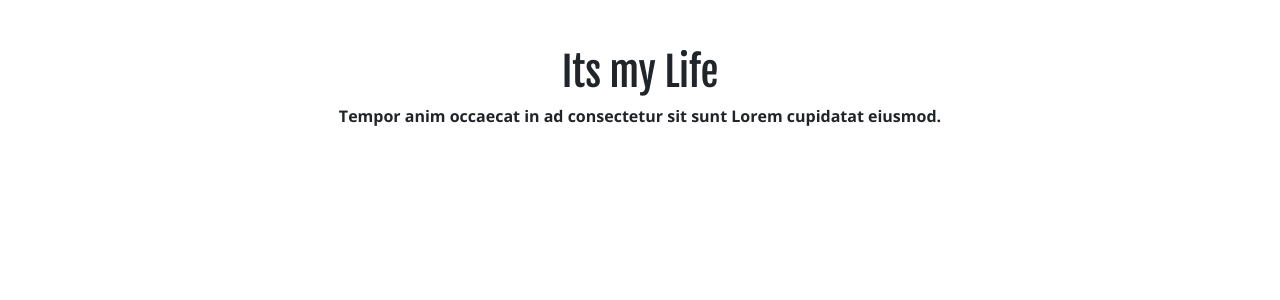
Repository: tanviredu/Data
Page: / (app in 28_vue_with_apis/vue-apis/)
An editor plug-in stored every save of this project. The page is shown before and after the next save, followed by the edit.
The browser window is 1280 px wide. The pictures show the whole page.
The project was rebuilt for these pictures with package versions that can differ from the ones it lists, and the page was loaded fresh each time.

Above is the page before, as saved 2020-07-13 08:55:41.

### 28_vue_with_apis/vue-apis/public/index.html
<!DOCTYPE html>
<html lang="en">
  <head>
    <meta charset="utf-8" />
    <meta http-equiv="X-UA-Compatible" content="IE=edge" />
    <meta name="viewport" content="width=device-width,initial-scale=1.0" />
    <link rel="icon" href="<%= BASE_URL %>favicon.ico" />
    <link
      href="https://fonts.googleapis.com/css2?family=Fjalla+One&family=Open+Sans:wght@700&display=swap"
      rel="stylesheet"
    />
    <title><%= htmlWebpackPlugin.options.title %></title>
  </head>
  <body>
    <noscript>
      <strong
        >We're sorry but <%= htmlWebpackPlugin.options.title %> doesn't work
        properly without JavaScript enabled. Please enable it to
        continue.</strong
      >
    </noscript>
    <div id="app"></div>
    <!-- built files will be auto injected -->
  </body>
</html>

### 28_vue_with_apis/vue-apis/src/main.js
import Vue from "vue";
import App from "./App.vue";

Vue.config.productionTip = false;

import "bootstrap";

import "../node_modules/bootstrap/dist/css/bootstrap.css";
import { library } from "@fortawesome/fontawesome-svg-core";
import {
  faPlus,
  faMinus,
  faTrash,
  faCheck,
  faPlay,
  faPause,
} from "@fortawesome/free-solid-svg-icons";
library.add(faPlus, faMinus, faTrash, faCheck, faPlay, faPause);

new Vue({
  render: (h) => h(App),
}).$mount("#app");

### 28_vue_with_apis/vue-apis/src/App.vue
<template>
  <div id="app" class="container">
    <current-song :song="currentSong" />
  </div>
</template>

<script>
//import { FontAwesomeIcon } from "@fortawesome/vue-fontawesome";
import currentSong from "./components/CurrentSong";

export default {
  name: "App",
  data() {
    return {
      currentSong: {
        name: "Its my Life",
        description:
          "Tempor anim occaecat in ad consectetur sit sunt Lorem cupidatat eiusmod."
      }
    };
  },
  components: {
    //FontAwesomeIcon,
    currentSong
  }
};
</script>

<style>
</style>

### 28_vue_with_apis/vue-apis/src/components/CurrentSong.vue
<template>
  <div>
    <div class="currentsong sticky-top">
      <div class="currentsong-background position-relative">
        <div class="currentsong-backgroundimage position-absolute"></div>
        <div class="song-info d-flex justify-content-center align-items-center py-5">
          <div class="item container">
            <div class="row justify-content-center jumbotron-fluid">
              <div class="song col-md-8 text-center">
                <h1 class="song-name" style="font-family: 'Fjalla One'">{{song.name}}</h1>
              </div>
              <div class="song col-md-12 text-center">
                <div
                  class="song-description px-2"
                  style="font-family: 'Open Sans', sans-serif;"
                >{{song.description}}</div>
              </div>
            </div>
          </div>
        </div>
      </div>
    </div>
  </div>
</template>

<script>
export default {
  name: "current-song",
  props: ["song"]
};
</script>

<style scoped>
</style>

After the next save:
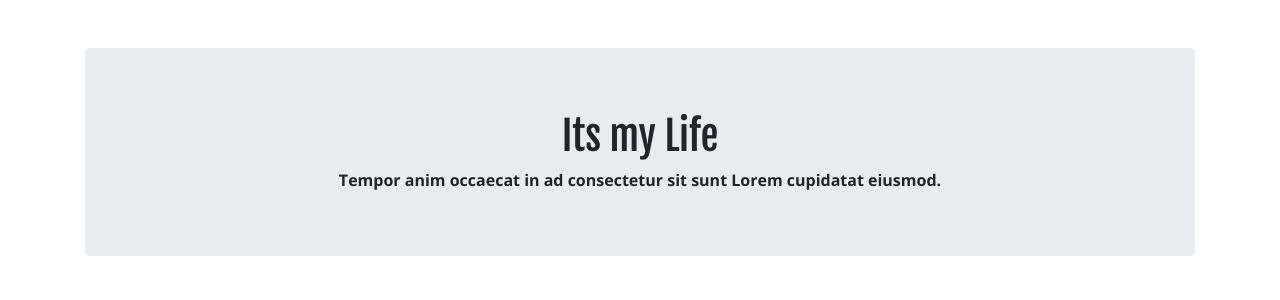
Saved 12 s later.
--- a/28_vue_with_apis/vue-apis/src/components/CurrentSong.vue
+++ b/28_vue_with_apis/vue-apis/src/components/CurrentSong.vue
@@ -5,7 +5,7 @@
         <div class="currentsong-backgroundimage position-absolute"></div>
         <div class="song-info d-flex justify-content-center align-items-center py-5">
           <div class="item container">
-            <div class="row justify-content-center jumbotron-fluid">
+            <div class="row justify-content-center jumbotron">
               <div class="song col-md-8 text-center">
                 <h1 class="song-name" style="font-family: 'Fjalla One'">{{song.name}}</h1>
               </div>
